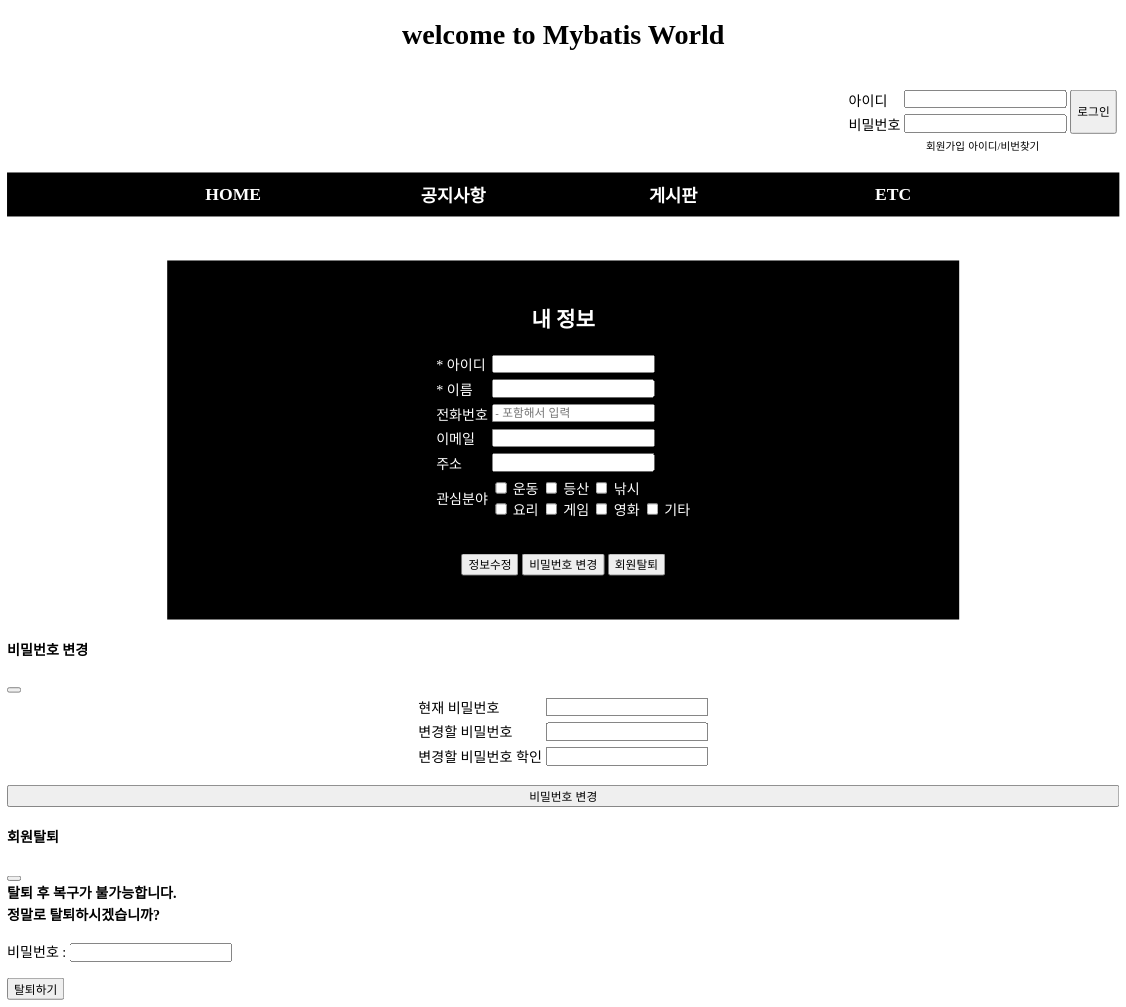
Repository: eru2/Study
Page: http://localhost/mybatisProject/views/member/myPage.jsp
An editor plug-in stored every save of this project. The page is shown before and after the next save, followed by the edit.
The browser window is 1280 px wide. The pictures show the whole page, at 88% of full size.
The page is served by Tomcat 10. Other server files are loaded and not shown.

Above is the page before, as saved 2025-03-06 06:16:26.

### 08_MyBatis/mybatisProject/src/main/webapp/views/member/myPage.jsp
<%@ page language="java" contentType="text/html; charset=UTF-8"
    pageEncoding="UTF-8"%>
<!DOCTYPE html>
<html>
<head>
	<meta charset="UTF-8">
	<meta name="viewport" content="width=device-width, initial-scale=1.0">
	<title>Insert title here</title>
	<style>
		.outer{
			background: #4b89fc;
			color: white;
			width: 1000PX;
			margin: auto;
			margin-top: 50px;
			padding: 10px 0px 50px;
		}

		.outer table{
			margin: auto;
		}

		#update-pwd-modal .modal-body form{
			display: flex;
			flex-direction: column;
		}
	</style>
</head>
<body>
	<%@ include file="../common/menubar.jsp" %>

	<div class="outer">
		<br>
		<h2 align="center">내 정보</h2>
		<form action="${pageContext.request.contextPath}/update.me" method="post" id="update-form">
			<table>
				<tr>
					<td>* 아이디</td>
					<td><input type="text" name="userId" maxlength="15" readonly value="${loginUser.userId}"></td>
					<td></td>
				</tr>
				<tr>
					<td>* 이름</td>
					<td><input type="text" name="userName" maxlength="8" readonly value="${loginUser.userName}"></td>
					<td></td>
				</tr>
				<tr>
					<td>전화번호</td>
					<td><input type="text" name="phone" placeholder="- 포함해서 입력" value="${loginUser.phone}"></td>
					<td></td>
				</tr>
				<tr>
					<td>이메일</td>
					<td><input type="text" name="email" value="${loginUser.email}"></td>
					<td></td>
				</tr>
				<tr>
					<td>주소</td>
					<td><input type="text" name="address" value="${loginUser.address}"></td>
					<td></td>
				</tr>
				<tr>
					<td>관심분야</td>
					<td colspan="2">
						<label>
							<input type="checkbox" name="interest" value="운동">
							운동
						</label>
						<label>
							<input type="checkbox" name="interest" value="등산">
							등산
						</label>
						<label>
							<input type="checkbox" name="interest" value="낚시">
							낚시
						</label>
						<br>
						<label>
							<input type="checkbox" name="interest" value="요리">
							요리
						</label>
						<label>
							<input type="checkbox" name="interest" value="게임">
							게임
						</label>
						<label>
							<input type="checkbox" name="interest" value="영화">
							영화
						</label>
						<label>
							<input type="checkbox" name="interest" value="기타">
							기타
						</label>
					</td>
				</tr>
			</table>
			<script>
				const interest = "${loginUser.interest}"; //"낚시,등산"
				const inputArr = document.querySelectorAll("input[name=interest]");

				for(let input of inputArr){
					if(interest.includes(input.value)){ // interest에 input.value의 값이 포함되어 있다면
						input.checked = true;
					}
				}
			</script>

			<br><br>

			<div align="center">
				<button type="submit" class="btn btn-sm btn-success">정보수정</button>
				<button type="button" class="btn btn-sm btn-warning" data-bs-toggle="modal" data-bs-target="#update-pwd-modal">비밀번호 변경</button>
				<button type="button" class="btn btn-sm btn-danger" data-bs-toggle="modal" data-bs-target="#delete-member-modal">회원탈퇴</button>
			</div>
		</form>
	</div>
	<!--
		탈퇴하기 버튼 클릭시
		탈퇴 후 복구가 불가능합니다.
		정말 탈퇴하시겠습니까?
		비밀번호 :
		탈퇴하기버튼 -> /delete.me
		=>  /delete.me받은 서버는 비밀번호가 맞는지 확인 후 status -> N으로 변경하고 로그아웃
	 -->



	<!-- 비밀번호 변경 팝업 -->
	<div class="modal" id="update-pwd-modal">
	  <div class="modal-dialog">
	    <div class="modal-content">

	      <!-- Modal Header -->
	      <div class="modal-header">
	        <h4 class="modal-title">비밀번호 변경</h4>
	        <button type="button" class="btn-close" data-bs-dismiss="modal"></button>
	      </div>

	      <!-- Modal body -->
	      <div class="modal-body">
			<form action="${pageContext.request.contextPath}/updatePwd.me" method="post">
				<table align="center">
					<tr>
						<td>현재 비밀번호</td>
						<td><input type="password" name="userPwd" required></td>
					</tr>
					<tr>
						<td>변경할 비밀번호</td>
						<td><input type="password" name="updatePwd" required></td>
					</tr>
					<tr>
						<td>변경할 비밀번호 학인</td>
						<td><input type="password" name="checkPwd" required></td>
					</tr>
				</table>
				<br>
				<button id="edit-pwd-btn" type="submit" class="btn btn-sm btn-primary">비밀번호 변경</button>
			</form>

			<script>
				document.getElementById('edit-pwd-btn').onclick = function(){
					const pwd = document.querySelector("#update-pwd-modal input[name=updatePwd]").value;
					const pwdCheck = document.querySelector("#update-pwd-modal input[name=checkPwd]").value;

					if(pwd !== pwdCheck){
						alert("변경할 비밀번호가 일치하지 않습니다.");
						return false;
					}
				}

			</script>
	      </div>
	    </div>
	  </div>
	</div>

	<!-- 탈퇴 팝업 -->
	<div class="modal" id="delete-member-modal">
	  <div class="modal-dialog">
	    <div class="modal-content">

	      <!-- Modal Header -->
	      <div class="modal-header">
	        <h4 class="modal-title">회원탈퇴</h4>
	        <button type="button" class="btn-close" data-bs-dismiss="modal"></button>
	      </div>

	      <!-- Modal body -->
	      <div class="modal-body">
			<form action="${pageContext.request.contextPath}/delete.me" method="post">
				<b>탈퇴 후 복구가 불가능합니다.<br>
				정말로 탈퇴하시겠습니까?</b>
				<br><br>
				비밀번호  : <input type="password" name="userPwd" required>
				<br><br>
				<button type="submit" class="btn btn-sm btn-danger">탈퇴하기</button>
			</form>
	      </div>
	    </div>
	  </div>
	</div>
</body>
</html>

### 08_MyBatis/mybatisProject/src/main/webapp/views/common/menubar.jsp
<%@ page language="java" contentType="text/html; charset=UTF-8"
    pageEncoding="UTF-8"%>
<%@ taglib prefix="c" uri="http://java.sun.com/jsp/jstl/core" %>
<!DOCTYPE html>
<html>
<head>
<meta charset="UTF-8">
<title>Insert title here</title>
<style>
    .login-area a{
        text-decoration: none;
        color: black;
        font-size: 12px;
    }

    .nav-area{
        background: black;
        color: white;
        height: 50px;
    }
    .menu{
        display: table-cell;
        width: 250px;
        height: 50px;
        vertical-align: middle;
        font-size: 20px;
        font-weight: bold;
    }
    .outer{
    	width: 900px;
    	background: black;
    	color: white;
    	margin: auto;
    	margin-top: 50px;
    }
</style>
</head>
<body>

    <h1 align="center">welcome to Mybatis World</h1>
    <br>

    <div class="login-area" align="right">
       <c:choose>
       <c:when test="${empty loginUser}">
	        <form action="${pageContext.request.contextPath}/login.me" method="post">
		        <table>
		            <tr>
		                <td>아이디</td>
		                <td><input type="text" name="userId" required></td>
		                <td rowspan="2"><button type="submit" style="height: 50px;">로그인</button></td>
		            </tr>
		            <tr>
		                <td>비밀번호</td>
		                <td><input type="password" name="userPwd" required></td>

		            </tr>
		            <tr>
		                <td colspan="3" align="center">
		                    <a href="enrollForm.me">회원가입</a>
		                    <a href="">아이디/비번찾기</a>
		                </td>
		            </tr>
	            </table>
	        </form>
     	</c:when>
       	<c:otherwise>
        	<!-- 로그인후 -->
	        <div>
	            <table>
	                <tr>
	                    <td colspan="2">
	                        <h3>${loginUser.userName }님 환영합니다. </h3>
	                    </td>
	                    <td></td>
	                </tr>
	                <tr>
	                    <td><a href="myPage.me">마이페이지</a></td>
	                    <td><a href="">로그아웃</a></td>
	                </tr>
	            </table>
	        </div>
        </c:otherwise>
        </c:choose>
    </div>
    <br>

    <div class="nav-area" align="center">
        <div class="menu">HOME</div>
        <div class="menu">공지사항</div>
        <div class="menu">게시판</div>
        <div class="menu">ETC</div>
    </div>
</body>
</html>

After the next save:
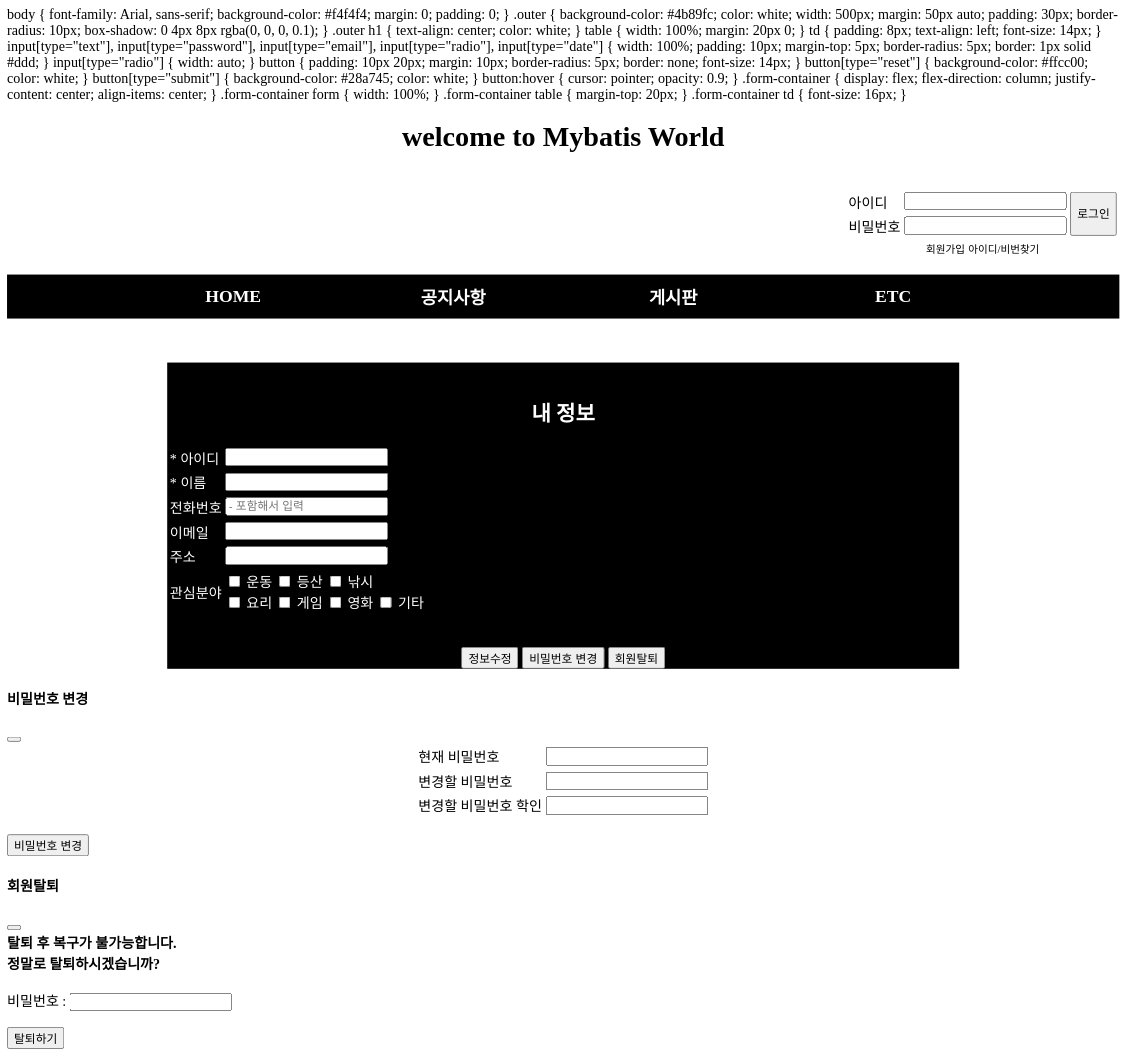
Saved 2 min 54 s later.
--- a/08_MyBatis/mybatisProject/src/main/webapp/views/member/myPage.jsp
+++ b/08_MyBatis/mybatisProject/src/main/webapp/views/member/myPage.jsp
@@ -6,26 +6,95 @@
 	<meta charset="UTF-8">
 	<meta name="viewport" content="width=device-width, initial-scale=1.0">
 	<title>Insert title here</title>
-	<style>
-		.outer{
-			background: #4b89fc;
-			color: white;
-			width: 1000PX;
-			margin: auto;
-			margin-top: 50px;
-			padding: 10px 0px 50px;
-		}
-
-		.outer table{
-			margin: auto;
-		}
-
-		#update-pwd-modal .modal-body form{
-			display: flex;
-			flex-direction: column;
-		}
-	</style>
+	 body {
+            font-family: Arial, sans-serif;
+            background-color: #f4f4f4;
+            margin: 0;
+            padding: 0;
+        }
+
+        .outer {
+            background-color: #4b89fc;
+            color: white;
+            width: 500px;
+            margin: 50px auto;
+            padding: 30px;
+            border-radius: 10px;
+            box-shadow: 0 4px 8px rgba(0, 0, 0, 0.1);
+        }
+
+        .outer h1 {
+            text-align: center;
+            color: white;
+        }
+
+        table {
+            width: 100%;
+            margin: 20px 0;
+        }
+
+        td {
+            padding: 8px;
+            text-align: left;
+            font-size: 14px;
+        }
+
+        input[type="text"], input[type="password"], input[type="email"], input[type="radio"], input[type="date"] {
+            width: 100%;
+            padding: 10px;
+            margin-top: 5px;
+            border-radius: 5px;
+            border: 1px solid #ddd;
+        }
+
+        input[type="radio"] {
+            width: auto;
+        }
+
+        button {
+            padding: 10px 20px;
+            margin: 10px;
+            border-radius: 5px;
+            border: none;
+            font-size: 14px;
+        }
+
+        button[type="reset"] {
+            background-color: #ffcc00;
+            color: white;
+        }
+
+        button[type="submit"] {
+            background-color: #28a745;
+            color: white;
+        }
+
+        button:hover {
+            cursor: pointer;
+            opacity: 0.9;
+        }
+
+        .form-container {
+            display: flex;
+            flex-direction: column;
+            justify-content: center;
+            align-items: center;
+        }
+
+        .form-container form {
+            width: 100%;
+        }
+
+        .form-container table {
+            margin-top: 20px;
+        }
+
+        .form-container td {
+            font-size: 16px;
+        }
+    </style>
 </head>
+
 <body>
 	<%@ include file="../common/menubar.jsp" %>
 
